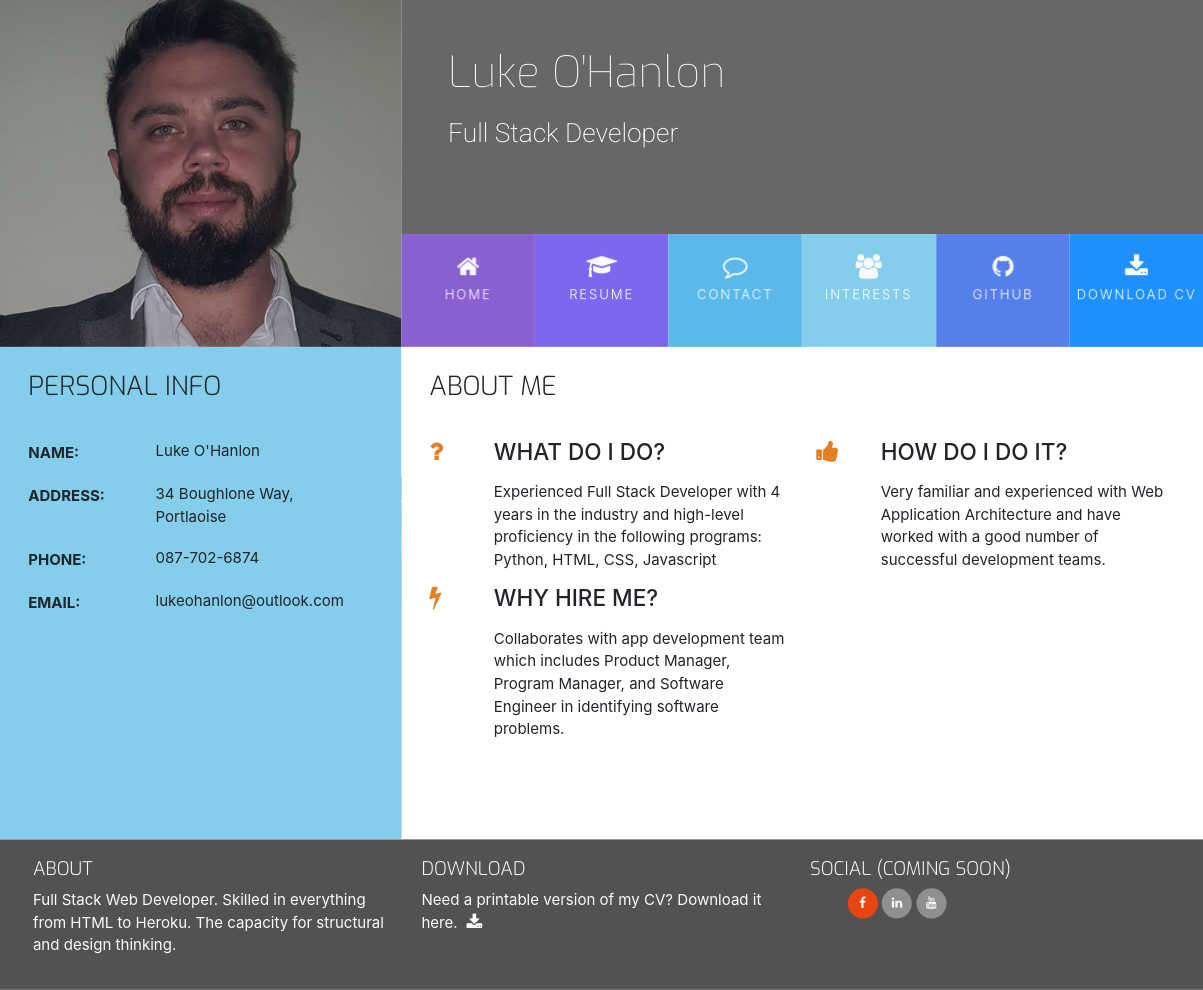
Repository: luke0han/my-resume
Page: index.html
The author's editor kept a record of every edit. The page is drawn from the files as they stood at one moment, then again after the next edit.
The browser window is 1280 px wide. The pictures show the whole page, at 94% of full size.
The pointer rests on the first visible `.social-links li a i`.

Above is the page before.

After the next edit:
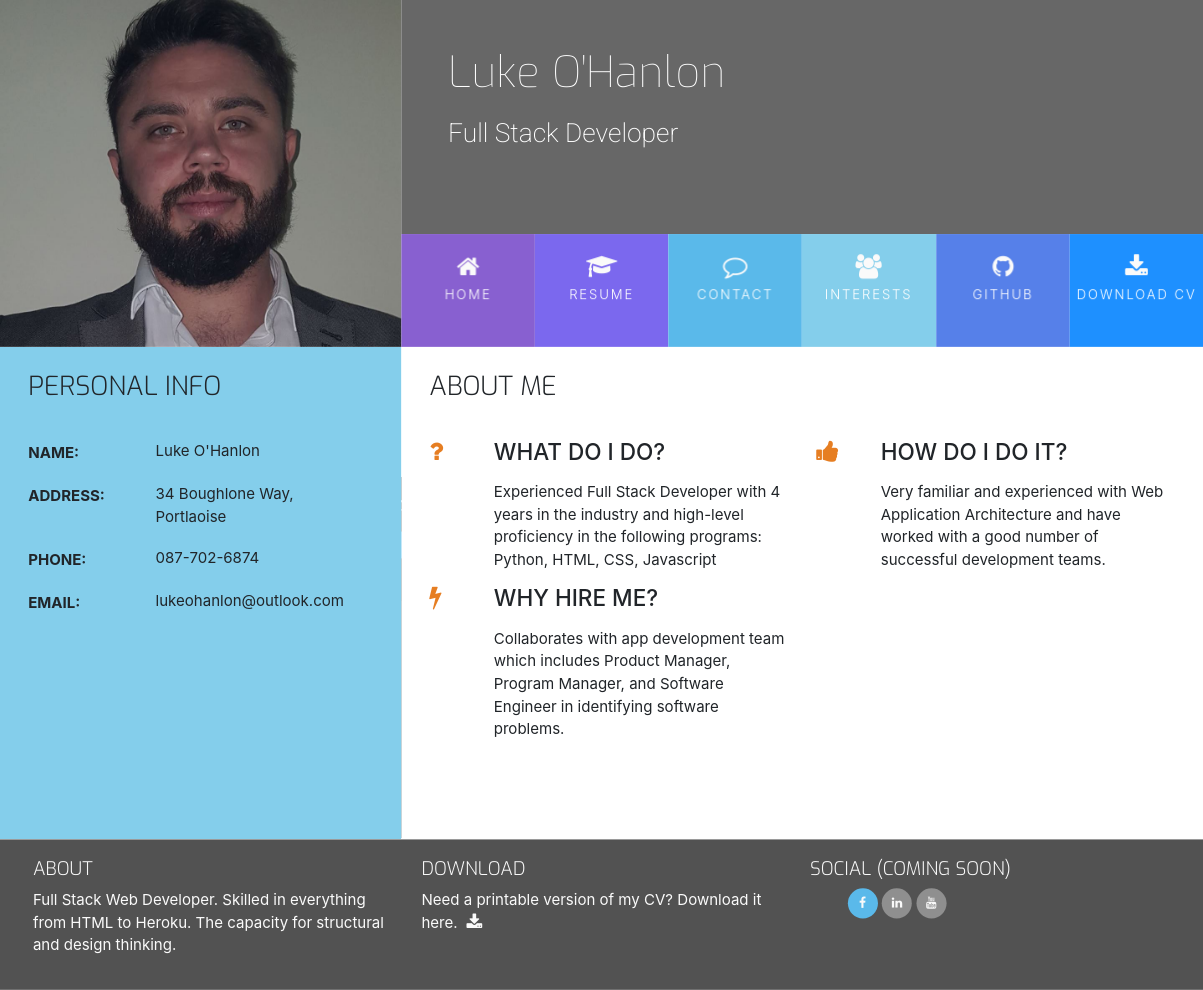
The edit:
--- a/assets/css/style.css
+++ b/assets/css/style.css
@@ -219,7 +219,7 @@
 }
 
 .social-links li a i:hover {
-    background-color: #e84610;
+    background-color: #5ab9ea;
 }
 
 #footer-details {
